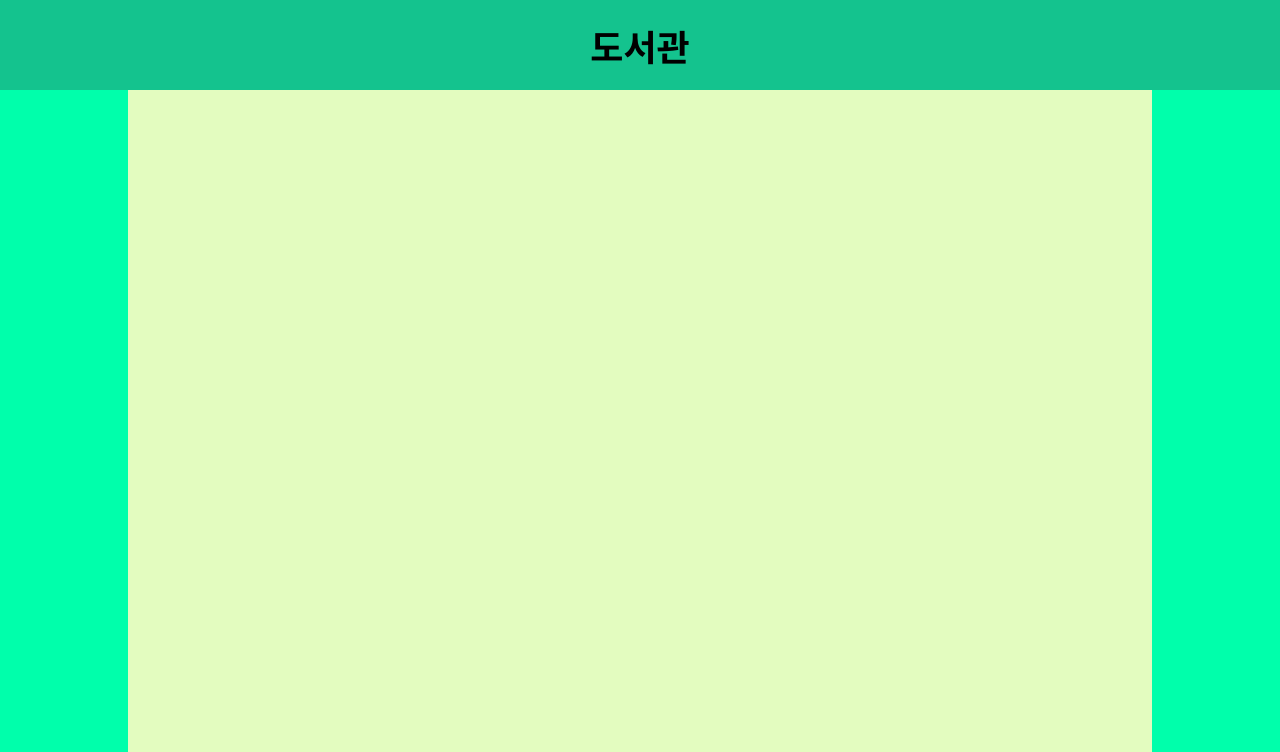
Repository: sojihwan/API_-Multi
Page: / (app in API/)
These files come from the project's save history. The page is drawn as it stood at one moment and after the next save; the edit follows.
The browser window is 1280 px wide. The pictures show the whole page.
The project was rebuilt for these pictures with package versions that can differ from the ones it lists, and the page was loaded fresh each time. Also part of the build but not shown: API/src/App.css.

Above is the page before, as saved 2022-05-24 16:20:39.

After the next save:
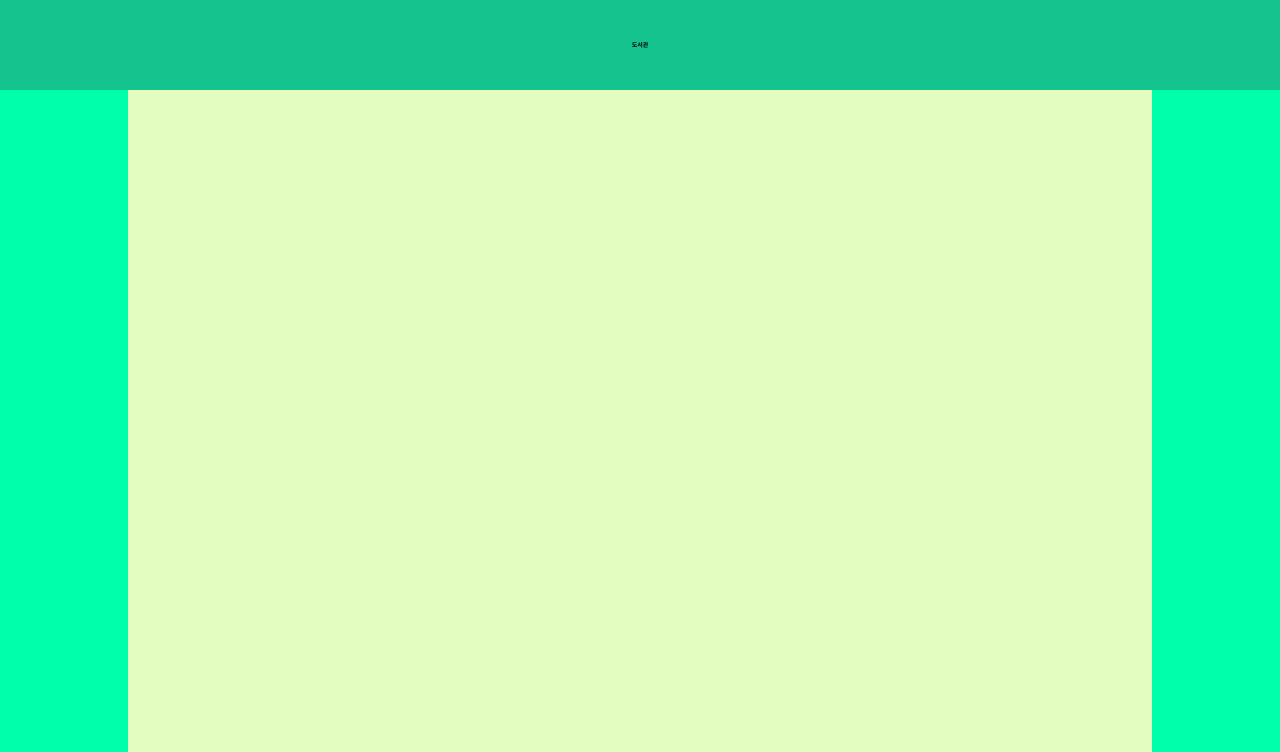
Saved 28 s later.
--- a/API/src/Layout/layout.css
+++ b/API/src/Layout/layout.css
@@ -12,7 +12,7 @@ header {
   line-height: 90px;
   text-align: center;
   background: #14C38E;
-  font-size: 36px;
+  font-size: 30%;
   font-weight: bolder;
 }
 
